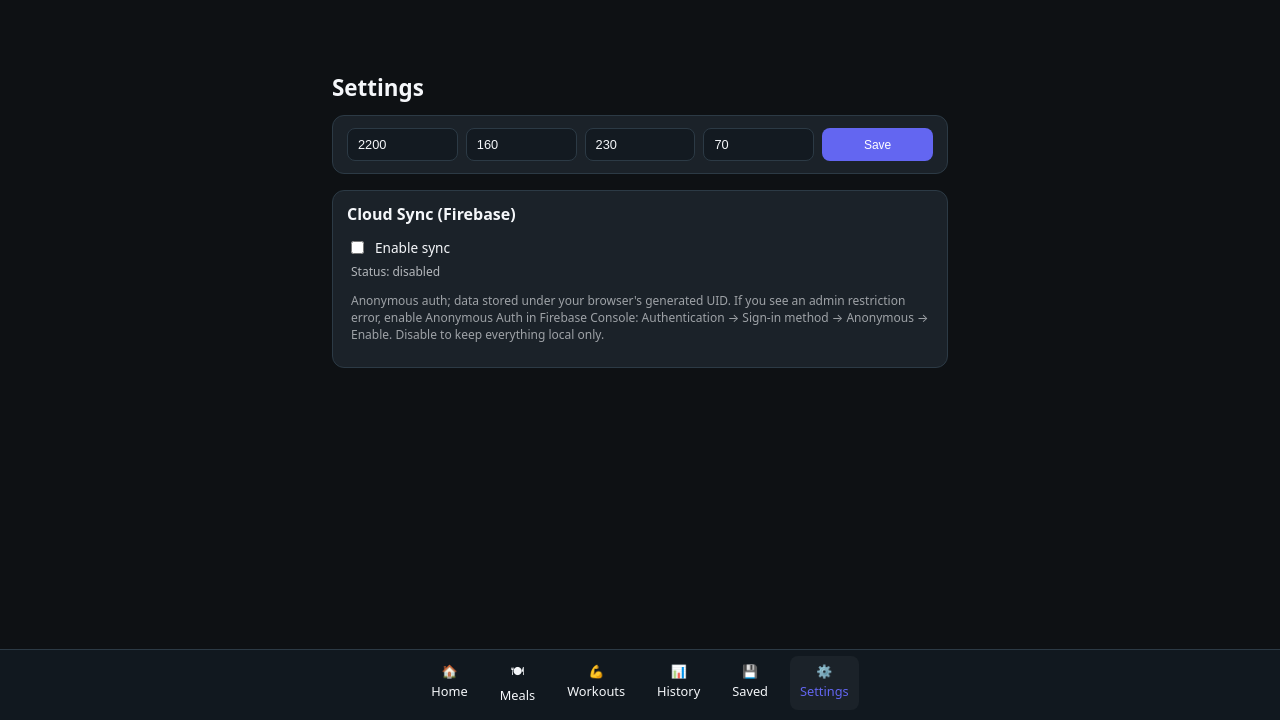
Repository: Ethxmnhz/minpline
Page: /settings
These files come from the project's save history. The page is drawn as it stood at one moment and after the next save; the edit follows.
The browser window is 1280 px wide. The pictures show the whole page.
The project was rebuilt for these pictures with package versions that can differ from the ones it lists, and the page was loaded fresh each time. Also part of the build but not shown: vite.config.ts, src/ui/ProgressBar.tsx, src/data/foods-indian.ts, src/services/nutritionApi.ts, src/ui/QuickFoodAdd.tsx, src/pages/Dashboard.tsx, src/pages/Meals.tsx, src/pages/Workouts.tsx and 2 more.

Above is the page before, as saved 2025-09-14 23:00:08.

### index.html
<!doctype html>
<html lang="en">
<head>
  <meta charset="UTF-8" />
  <link rel="icon" type="image/svg+xml" href="/favicon.svg" />
  <meta name="viewport" content="width=device-width, initial-scale=1, maximum-scale=1" />
  <title>Minpline</title>
  <meta name="theme-color" content="#101418" />
  <link rel="manifest" href="/manifest.webmanifest" />
  <style>
    body { margin:0; font-family: system-ui,-apple-system,Segoe UI,Roboto,Helvetica,Arial,sans-serif; background:#0e1114; color:#f5f7fa; }
    #root { min-height:100dvh; }
  </style>
</head>
<body>
  <div id="root"></div>
  <script type="module" src="/src/main.tsx"></script>
</body>
</html>

### src/main.tsx
import React from 'react';
import { createRoot } from 'react-dom/client';
import { App } from './pages/App';
import './styles.css';

createRoot(document.getElementById('root')!).render(<App />);

// Register service worker for PWA (Minpline)
if ('serviceWorker' in navigator) {
	window.addEventListener('load', () => {
		navigator.serviceWorker.register('/sw.js').catch(err => {
			console.warn('SW registration failed', err);
		});
	});
}

### src/pages/App.tsx
import React from 'react';
import { BrowserRouter, Routes, Route, Navigate } from 'react-router-dom';
import { Dashboard } from './Dashboard';
import { Meals } from './Meals';
import { Workouts } from './Workouts';
import { SavedMeals } from './SavedMeals';
import { Settings } from './Settings';
import { History } from './History';
import { NavBar } from '../ui/NavBar';
import { CloudSync } from '../services/cloudSync';

export const App: React.FC = () => {
  return (
    <BrowserRouter>
      <div className="app-shell">
        <div className="view">
          <Routes>
            <Route path="/" element={<Navigate to="/dashboard" replace />} />
            <Route path="/dashboard" element={<Dashboard />} />
            <Route path="/meals" element={<Meals />} />
            <Route path="/workouts" element={<Workouts />} />
            <Route path="/saved" element={<SavedMeals />} />
            <Route path="/history" element={<History />} />
            <Route path="/settings" element={<Settings />} />
            <Route path="*" element={<div style={{padding:16}}>Not found</div>} />
          </Routes>
        </div>
        <NavBar />
        <CloudSync />
      </div>
    </BrowserRouter>
  );
};

### src/styles.css
:root {
  --color-bg:#0e1114; --color-surface:#1b2229; --color-border:#2c3a45; --color-text:#f5f7fa; --color-accent:#6366f1;
  --color-cal:#ffb347; --color-protein:#4ade80; --color-carbs:#60a5fa; --color-fats:#f472b6;
  --radius:12px; --transition:150ms;
}
* { box-sizing: border-box; }
body { font-family: system-ui,-apple-system,Segoe UI,Roboto,Helvetica,Arial,sans-serif; background:var(--color-bg); color:var(--color-text); }
.app-shell { display:flex; flex-direction:column; min-height:100dvh; padding-bottom:64px; }
.view { flex:1; width:100%; max-width:640px; margin:0 auto; padding:12px 12px 32px; }
.page h1 { font-size:1.4rem; margin:0 0 12px; }
.card { background:var(--color-surface); padding:12px 14px; border-radius:var(--radius); margin-bottom:12px; border:1px solid var(--color-border); }
.summary-grid { display:grid; grid-template-columns:repeat(2,1fr); gap:10px; }
.metric { font-weight:600; margin-top:4px; }
.list { list-style:none; padding:0; margin:6px 0 0; }
.list li { padding:8px 4px; display:flex; align-items:center; justify-content:space-between; border-bottom:1px solid #22313d; font-size:.9rem; }
.list li:last-child { border-bottom:none; }
.small { opacity:.7; font-size:.75rem; margin-left:4px; }
.nav-bar { position:fixed; bottom:0; left:0; right:0; display:flex; justify-content:space-around; background:#11181f; padding:6px 4px 10px; border-top:1px solid var(--color-border); }
.nav-bar a { color:var(--color-text); text-decoration:none; font-size:.8rem; display:flex; flex-direction:column; align-items:center; gap:2px; padding:6px 10px; border-radius:8px; }
.nav-bar a.active { background:var(--color-surface); color:var(--color-accent); }
.form-grid { display:grid; gap:8px; grid-template-columns:repeat(auto-fill,minmax(110px,1fr)); }
.form-grid input { background:#131a21; border:1px solid var(--color-border); color:var(--color-text); padding:8px 10px; border-radius:8px; font-size:.8rem; }
.btn { background:#25323d; border:none; color:var(--color-text); padding:8px 12px; border-radius:8px; cursor:pointer; font-size:.75rem; font-weight:500; }
.btn.primary { background:var(--color-accent); color:#fff; }
.btn.tiny { padding:4px 8px; font-size:.65rem; }
.btn:active { transform:translateY(1px); }
.progress-bar { height:8px; width:100%; background:#12191f; border-radius:6px; overflow:hidden; margin-top:6px; }
.progress-bar .fill { height:100%; background:var(--color-accent); transition:width var(--transition) linear; }
.row { display:flex; }
.gap { gap:8px; }
.quick-add-overlay { position:fixed; inset:0; background:rgba(0,0,0,.55); display:flex; align-items:flex-end; justify-content:center; z-index:50; }
.quick-add-sheet { width:100%; max-width:640px; background:var(--color-surface); border-radius:16px 16px 0 0; padding:14px 14px 40px; box-shadow:0 -4px 24px -8px rgba(0,0,0,.7); max-height:85dvh; overflow-y:auto; }
.qa-header { display:flex; justify-content:space-between; align-items:center; margin-bottom:8px; }
.qa-section { margin-top:12px; }
.qa-subtitle { font-size:.75rem; text-transform:uppercase; letter-spacing:.05em; opacity:.7; margin-bottom:4px; }
@media (min-width:640px){ .nav-bar { position:sticky; bottom:auto; top:0; justify-content:center; gap:12px; } .app-shell { padding-top:60px; padding-bottom:0; } }

### src/pages/Settings.tsx
import React, { useState } from 'react';
import { useStore } from '../state/store';

export const Settings: React.FC = () => {
  const goals = useStore(s => s.goals);
  const setGoals = useStore(s => s.setGoals);
  const [draft, setDraft] = useState(goals);
  const cloudEnabled = useStore(s => s.cloudEnabled);
  const enableCloud = useStore(s => s.enableCloud);
  const cloudStatus = useStore(s => s.cloudStatus);
  const lastSync = useStore(s => s.lastSync);
  const cloudError = useStore(s => s.cloudError);

  const save = () => {
    setGoals(draft);
  };

  return (
    <div className="page">
      <h1>Settings</h1>
      <div className="card form-grid">
  <input type="number" placeholder="Calories" value={draft.calories} onChange={e=>setDraft((d: typeof goals)=>({...d,calories:+e.target.value}))} />
  <input type="number" placeholder="Protein" value={draft.protein} onChange={e=>setDraft((d: typeof goals)=>({...d,protein:+e.target.value}))} />
  <input type="number" placeholder="Carbs" value={draft.carbs} onChange={e=>setDraft((d: typeof goals)=>({...d,carbs:+e.target.value}))} />
  <input type="number" placeholder="Fats" value={draft.fats} onChange={e=>setDraft((d: typeof goals)=>({...d,fats:+e.target.value}))} />
        <button className="btn primary" onClick={save}>Save</button>
      </div>
      <div className="card" style={{marginTop:16}}>
        <h2 style={{marginTop:0, fontSize:'1rem'}}>Cloud Sync (Firebase)</h2>
        <label style={{display:'flex', alignItems:'center', gap:8, fontSize:'.85rem'}}>
          <input type="checkbox" checked={cloudEnabled} onChange={e=>enableCloud(e.target.checked)} /> Enable sync
        </label>
        <div className="small" style={{marginTop:6, opacity:.7}}>
          Status: {cloudStatus}{lastSync && cloudStatus!=='syncing' ? ` • Last ${new Date(lastSync).toLocaleTimeString()}` : ''}
        </div>
        {cloudError && <div className="small" style={{color:'#f87171', marginTop:6}}>{cloudError}</div>}
        <p className="small" style={{opacity:.6}}>Anonymous auth; data stored under your browser's generated UID. If you see an admin restriction error, enable Anonymous Auth in Firebase Console: Authentication → Sign-in method → Anonymous → Enable. Disable to keep everything local only.</p>
      </div>
    </div>
  );
};

### src/ui/NavBar.tsx
import React from 'react';
import { NavLink } from 'react-router-dom';

export const NavBar: React.FC = () => {
  return (
    <nav className="nav-bar">
      <NavLink to="/dashboard">🏠<span>Home</span></NavLink>
      <NavLink to="/meals">🍽<span>Meals</span></NavLink>
      <NavLink to="/workouts">💪<span>Workouts</span></NavLink>
  <NavLink to="/history">📊<span>History</span></NavLink>
      <NavLink to="/saved">💾<span>Saved</span></NavLink>
      <NavLink to="/settings">⚙️<span>Settings</span></NavLink>
    </nav>
  );
};

### src/services/cloudSync.tsx
import { useEffect, useRef } from 'react';
import { useStore } from '../state/store';
import { ensureAnonAuth, loadUserData, saveUserData, subscribeUserData } from './firebase';

// Hook component mounted once in App to manage cloud sync side-effects.
export function CloudSync() {
  const cloudEnabled = useStore(s => s.cloudEnabled);
  const exportData = useStore(s => s.exportData);
  const importData = useStore(s => s.importData);
  const markSyncing = useStore(s => s.markSyncing);
  const markSynced = useStore(s => s.markSynced);
  const markSyncError = useStore(s => s.markSyncError);
  const cloudStatus = useStore(s => s.cloudStatus);
  const setCloudError = useStore(s => s.setCloudError);
  const enableCloud = useStore(s => s.enableCloud);

  const unsubRef = useRef<() => void>();
  const lastPushRef = useRef<number>(0);
  const uidRef = useRef<string|null>(null);
  const lastSnapshotRef = useRef<string>('');

  // Initial connect / subscribe
  useEffect(() => {
    if (!cloudEnabled) {
      if (unsubRef.current) { unsubRef.current(); unsubRef.current = undefined; }
      return;
    }
    let cancelled = false;
    (async () => {
      try {
        markSyncing();
        const uid = await ensureAnonAuth();
        if (!uid) {
          setCloudError('Anonymous auth blocked (admin restricted). Enable anonymous auth in Firebase Console or use a different auth method.');
          enableCloud(false);
          return;
        }
        if (cancelled) return;
        uidRef.current = uid;
        // initial load
        const remote = await loadUserData(uid);
        if (remote) {
          importData(remote);
          lastSnapshotRef.current = JSON.stringify(remote);
        } else {
          // push current local if empty remote
          await saveUserData(uid, exportData());
          lastSnapshotRef.current = JSON.stringify(exportData());
        }
        markSynced();
        // live subscribe
        unsubRef.current = subscribeUserData(uid, data => {
          if (!data) return;
          const serialized = JSON.stringify(data);
            if (serialized !== lastSnapshotRef.current) {
              // remote changed (not from this client) => merge (simple overwrite strategy)
              importData(data);
              lastSnapshotRef.current = serialized;
            }
        });
      } catch (e) {
  console.error('Cloud sync init failed', e);
  setCloudError((e as any)?.message || 'Cloud sync failed');
  markSyncError();
      }
    })();
    return () => { cancelled = true; if (unsubRef.current) unsubRef.current(); };
  }, [cloudEnabled]);

  // Push local changes debounced (observe slices)
  const meals = useStore(s => s.meals);
  const workouts = useStore(s => s.workouts);
  const mealTemplates = useStore(s => s.mealTemplates);
  const workoutSets = useStore(s => s.workoutSets);
  const goals = useStore(s => s.goals);

  useEffect(() => {
    if (!cloudEnabled || !uidRef.current) return;
    const now = Date.now();
    // debounce ~1.5s
    const delay = 1500;
    const timer = setTimeout(async () => {
      try {
        markSyncing();
        const payload = exportData();
        const serialized = JSON.stringify(payload);
        if (serialized === lastSnapshotRef.current) {
          markSynced();
          return;
        }
        await saveUserData(uidRef.current!, payload);
        lastSnapshotRef.current = serialized;
        markSynced();
      } catch (e) {
        console.error('Cloud push failed', e);
        markSyncError();
      }
    }, delay);
    return () => clearTimeout(timer);
  }, [cloudEnabled, meals, workouts, mealTemplates, workoutSets, goals]);

  return null;
}

### src/state/store.ts
import { create } from 'zustand';
import { persist } from 'zustand/middleware';
import { addDays, startOfDay } from 'date-fns';
import { Meal, MealTemplate, Workout, Goals, MealInput, WorkoutInput } from '../types';
import { nanoid } from '../util/id';

export interface TrackerState {
  today: Date;
  goals: Goals;
  meals: Meal[];
  workouts: Workout[];
  mealTemplates: MealTemplate[];
  workoutSets: Record<string, { pushups: number; pullups: number; legs: number; }>;
  nutritionCache: Record<string, { ts: number; items: any[] }>;
  apiStats: { nutritionCalls: number; cacheHits: number };
  cloudEnabled: boolean;
  cloudStatus: 'idle'|'syncing'|'error'|'disabled';
  lastSync: number | null;
  cloudError?: string | null;
  setToday: (d: Date) => void;
  addMeal: (m: Meal) => void;
  addWorkout: (w: Workout) => void;
  saveMealTemplate: (t: MealTemplate) => void;
  removeMeal: (id: string) => void;
  removeWorkout: (id: string) => void;
  updateMeal: (id: string, data: Partial<Meal>) => void;
  updateWorkout: (id: string, data: Partial<Workout>) => void;
  setGoals: (g: Goals) => void;
  totalsForDate: (d: Date) => {
    meals: Meal[];
    workouts: Workout[];
    calories: number;
    protein: number;
    carbs: number;
    fats: number;
    workoutCalories: number;
  };
  quickAddTemplate: (templateId: string) => void;
  bulkAddMeals: (inputs: MealInput[]) => void;
  addFromTemplateWithMultiplier: (templateId: string, multiplier: number) => void;
  setWorkoutSetCount: (date: Date, kind: 'pushups'|'pullups'|'legs', count: number) => void;
  enableCloud: (v: boolean) => void;
  markSyncing: () => void;
  markSynced: () => void;
  markSyncError: () => void;
  setCloudError: (msg: string|null) => void;
  exportData: () => any;
  importData: (data: any) => void;
  cacheNutrition: (query: string, items: any[]) => void;
  getCachedNutrition: (query: string) => any[] | null;
  incNutritionCall: () => void;
  incNutritionCacheHit: () => void;
}

const todayStart = () => startOfDay(new Date());
const workoutKey = (date: Date) => startOfDay(date).toISOString().replace(/\..+Z$/, 'Z').replace(/\./g,'_');

export const useStore = create<TrackerState>()(persist((set, get) => ({
  today: todayStart(),
  goals: { calories: 2200, protein: 160, carbs: 230, fats: 70 },
  meals: [],
  workouts: [],
  mealTemplates: [],
  workoutSets: {},
  nutritionCache: {},
  apiStats: { nutritionCalls: 0, cacheHits: 0 },
  cloudEnabled: false,
  cloudStatus: 'disabled',
  lastSync: null,
  cloudError: null,
  setToday: (d) => set({ today: startOfDay(d) }),
  addMeal: (m) => set(s => ({ meals: [...s.meals, m] })),
  addWorkout: (w) => set(s => ({ workouts: [...s.workouts, w] })),
  saveMealTemplate: (t) => set(s => ({ mealTemplates: [...s.mealTemplates.filter(x=>x.name!==t.name), t] })),
  removeMeal: (id) => set(s => ({ meals: s.meals.filter(m => m.id !== id) })),
  removeWorkout: (id) => set(s => ({ workouts: s.workouts.filter(w => w.id !== id) })),
  updateMeal: (id, data) => set(s => ({ meals: s.meals.map(m => m.id === id ? { ...m, ...data, id: m.id } : m) })),
  updateWorkout: (id, data) => set(s => ({ workouts: s.workouts.map(w => w.id === id ? { ...w, ...data, id: w.id } : w) })),
  setGoals: (g) => set({ goals: g }),
  totalsForDate: (d) => {
    const day = startOfDay(d).toISOString();
    const meals = get().meals.filter(m => startOfDay(new Date(m.date)).toISOString() === day);
    const workouts = get().workouts.filter(w => startOfDay(new Date(w.date)).toISOString() === day);
    const calories = meals.reduce((a,b)=>a+b.calories,0);
    const protein = meals.reduce((a,b)=>a+b.protein,0);
    const carbs = meals.reduce((a,b)=>a+b.carbs,0);
    const fats = meals.reduce((a,b)=>a+b.fats,0);
    const workoutCalories = workouts.reduce((a,b)=>a+b.calories,0);
    return { meals, workouts, calories, protein, carbs, fats, workoutCalories };
  },
  quickAddTemplate: (templateId) => {
    const t = get().mealTemplates.find(t=>t.id===templateId);
    if (!t) return;
  get().addMeal({ ...t, id: nanoid(), date: new Date().toISOString() });
  },
  bulkAddMeals: (inputs) => set(s => ({ meals: [...s.meals, ...inputs.map(i => ({ id: nanoid(), date: new Date().toISOString(), ...i }))] })),
  addFromTemplateWithMultiplier: (templateId, multiplier) => {
    const t = get().mealTemplates.find(t=>t.id===templateId);
    if (!t) return;
    const scaled: Meal = { id: nanoid(), date: new Date().toISOString(), name: t.name, calories: Math.round(t.calories*multiplier), protein: Math.round(t.protein*multiplier), carbs: Math.round(t.carbs*multiplier), fats: Math.round(t.fats*multiplier) };
    get().addMeal(scaled);
  },
  setWorkoutSetCount: (date, kind, count) => set(s => {
    const key = workoutKey(date);
    const existing = s.workoutSets[key] || { pushups:0, pullups:0, legs:0 };
    return { workoutSets: { ...s.workoutSets, [key]: { ...existing, [kind]: count } } };
  }),
  enableCloud: (v) => set(s => ({ cloudEnabled: v, cloudStatus: v ? 'idle' : 'disabled' })),
  markSyncing: () => set({ cloudStatus: 'syncing' }),
  markSynced: () => set({ cloudStatus: 'idle', lastSync: Date.now() }),
  markSyncError: () => set({ cloudStatus: 'error' }),
  setCloudError: (msg) => set({ cloudError: msg }),
  cacheNutrition: (query, items) => set(s => ({ nutritionCache: { ...s.nutritionCache, [query]: { ts: Date.now(), items } } })),
  getCachedNutrition: (query) => {
    const entry = get().nutritionCache[query];
    if (!entry) return null;
    // TTL 6 hours
    if (Date.now() - entry.ts > 6 * 60 * 60 * 1000) return null;
    return entry.items;
  },
  incNutritionCall: () => set(s => ({ apiStats: { ...s.apiStats, nutritionCalls: s.apiStats.nutritionCalls + 1 } })),
  incNutritionCacheHit: () => set(s => ({ apiStats: { ...s.apiStats, cacheHits: s.apiStats.cacheHits + 1 } })),
  exportData: () => {
    const s = get();
    const sanitizeMap = (obj: Record<string, any>) => {
      const out: Record<string, any> = {};
      for (const [k,v] of Object.entries(obj||{})) {
        const safe = k.replace(/\..+Z$/, 'Z').replace(/\./g,'_');
        out[safe] = v;
      }
      return out;
    };
    const workoutSets = sanitizeMap(s.workoutSets);
    if (workoutSets !== s.workoutSets) {
      // update in-memory state with sanitized keys to keep future exports clean
      set({ workoutSets });
    }
    return {
      version: 2,
      goals: s.goals,
      meals: s.meals,
      workouts: s.workouts,
      mealTemplates: s.mealTemplates,
      workoutSets,
      nutritionCache: s.nutritionCache,
      apiStats: s.apiStats
    };
  },
  importData: (data: any) => {
    if (!data || typeof data !== 'object') return;
    const sanitizeMap = (obj: Record<string, any>) => {
      const out: Record<string, any> = {};
      for (const [k,v] of Object.entries(obj||{})) {
        const safe = k.replace(/\..+Z$/, 'Z').replace(/\./g,'_');
        out[safe] = v;
      }
      return out;
    };
    set(s => ({
      goals: data.goals || s.goals,
      meals: Array.isArray(data.meals) ? data.meals : s.meals,
      workouts: Array.isArray(data.workouts) ? data.workouts : s.workouts,
      mealTemplates: Array.isArray(data.mealTemplates) ? data.mealTemplates : s.mealTemplates,
      workoutSets: sanitizeMap(data.workoutSets || s.workoutSets),
      nutritionCache: data.nutritionCache || s.nutritionCache,
      apiStats: data.apiStats || s.apiStats
    }));
  }
}), { name: 'tracker-store-v1',
  version: 2,
  migrate: (persisted: any) => {
    if (persisted && persisted.today && typeof persisted.today === 'string') {
      try { persisted.today = new Date(persisted.today); } catch {}
    }
    // migrate workoutSets keys to safe form (remove dots/millis)
    if (persisted && persisted.workoutSets && typeof persisted.workoutSets === 'object') {
      const updated: Record<string, any> = {};
      for (const [k,v] of Object.entries(persisted.workoutSets)) {
        if (!k) continue;
        const safe = k.replace(/\..+Z$/, 'Z').replace(/\./g,'_');
        updated[safe] = v;
      }
      persisted.workoutSets = updated;
    }
    return persisted;
  }
}));

### src/util/id.ts
export const nanoid = () => Math.random().toString(36).slice(2,10);

### src/services/firebase.ts
// Firebase initialization (client-side). Keys here are public identifiers.
// IMPORTANT: Do not store secrets in client code. This config only identifies the project.
import { initializeApp } from 'firebase/app';
import { getAuth, signInAnonymously, onAuthStateChanged } from 'firebase/auth';
import { getDatabase, ref, get, set, onValue } from 'firebase/database';

const firebaseConfig = {
  apiKey: 'AIzaSyDX25nwzQc-STovWztgtw2aCycvWXJxA3Y',
  authDomain: 'dash-13064.firebaseapp.com',
  databaseURL: 'https://dash-13064-default-rtdb.firebaseio.com',
  projectId: 'dash-13064',
  storageBucket: 'dash-13064.appspot.com',
  messagingSenderId: '409540597555',
  appId: '1:409540597555:web:5cc48d3ab4046fbd309046',
  measurementId: 'G-78JL7PXFPJ'
};

const app = initializeApp(firebaseConfig);
export const auth = getAuth(app);
export const db = getDatabase(app);

export async function ensureAnonAuth(): Promise<string | null> {
  if (auth.currentUser) return auth.currentUser.uid;
  try {
    await signInAnonymously(auth);
  } catch (e: any) {
    console.warn('Anonymous auth failed', e?.code || e?.message || e);
    return null;
  }
  return new Promise(resolve => {
    const unsub = onAuthStateChanged(auth, usr => { if (usr) { resolve(usr.uid); unsub(); } });
  });
}

export async function loadUserData(uid: string) {
  const snapshot = await get(ref(db, `users/${uid}/trackerData`));
  return snapshot.exists() ? snapshot.val() : null;
}

export async function saveUserData(uid: string, data: any) {
  await set(ref(db, `users/${uid}/trackerData`), data);
}

export function subscribeUserData(uid: string, cb: (data: any)=>void) {
  const r = ref(db, `users/${uid}/trackerData`);
  return onValue(r, snap => cb(snap.val()));
}

After the next save:
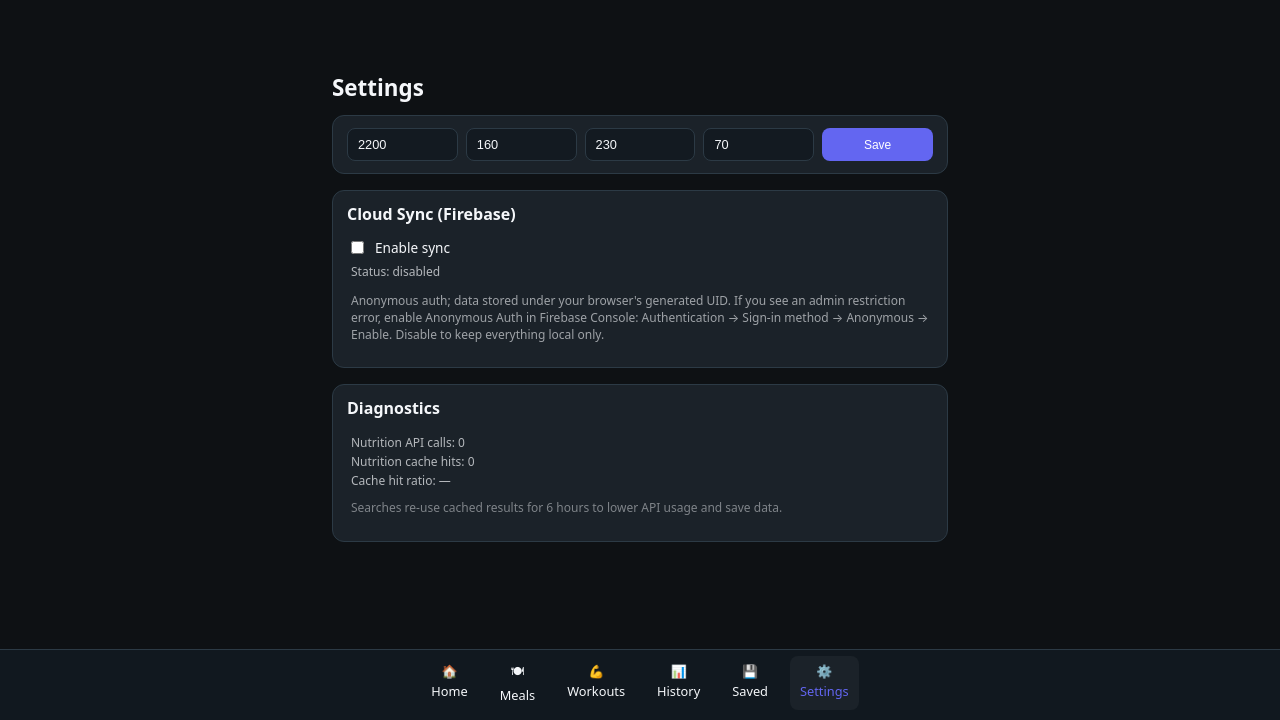
Saved 10 s later.
--- a/src/pages/Settings.tsx
+++ b/src/pages/Settings.tsx
@@ -10,6 +10,7 @@ export const Settings: React.FC = () => {
   const cloudStatus = useStore(s => s.cloudStatus);
   const lastSync = useStore(s => s.lastSync);
   const cloudError = useStore(s => s.cloudError);
+  const apiStats = useStore(s => s.apiStats);
 
   const save = () => {
     setGoals(draft);
@@ -36,6 +37,15 @@ export const Settings: React.FC = () => {
         {cloudError && <div className="small" style={{color:'#f87171', marginTop:6}}>{cloudError}</div>}
         <p className="small" style={{opacity:.6}}>Anonymous auth; data stored under your browser's generated UID. If you see an admin restriction error, enable Anonymous Auth in Firebase Console: Authentication → Sign-in method → Anonymous → Enable. Disable to keep everything local only.</p>
       </div>
+      <div className="card" style={{marginTop:16}}>
+        <h2 style={{marginTop:0, fontSize:'1rem'}}>Diagnostics</h2>
+        <div className="small" style={{lineHeight:1.6}}>
+          <div>Nutrition API calls: {apiStats.nutritionCalls}</div>
+          <div>Nutrition cache hits: {apiStats.cacheHits}</div>
+          <div>Cache hit ratio: {apiStats.nutritionCalls + apiStats.cacheHits > 0 ? ((apiStats.cacheHits / (apiStats.nutritionCalls + apiStats.cacheHits)) * 100).toFixed(1) + '%' : '—'}</div>
+          <p style={{marginTop:8, opacity:.65}}>Searches re-use cached results for 6 hours to lower API usage and save data.</p>
+        </div>
+      </div>
     </div>
   );
 };
